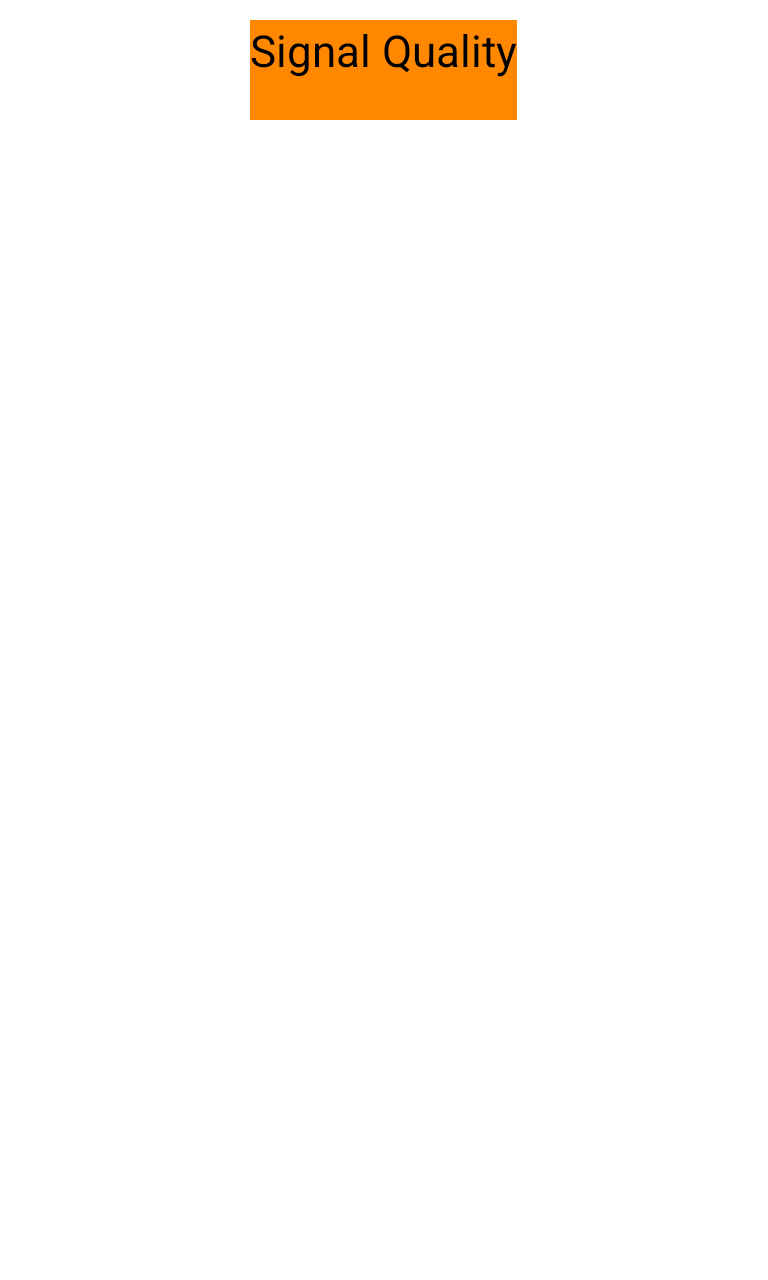
Repository: sbobhate/Android-Applications
Layout: EWBProject/res/layout/fragment2.xml
These files come from the project's save history. The layout is drawn as it stood at one moment and after the next save; the edit follows.
It is drawn on a 768 x 1280 px phone screen (xhdpi) without system bars, with theme AppTheme; the app's code is not run.

Above is the layout before, as saved 2014-02-22 02:28:18.

### EWBProject/res/layout/fragment2.xml
<?xml version="1.0" encoding="utf-8"?>
<RelativeLayout xmlns:android="http://schemas.android.com/apk/res/android"
    android:layout_width="match_parent"
    android:layout_height="match_parent" >

    <TextView
        android:id="@+id/title2"
        android:layout_width="wrap_content"
        android:layout_height="50dp"
        android:text="@string/signal_quality"
        android:textColor="#000000"
        android:textAppearance="?android:attr/textAppearanceLarge"
        android:layout_centerHorizontal="true"
        android:layout_margin="10dp"
        android:background="#FF8800" />

    <TextView
        android:id="@+id/quality"
        android:layout_below="@+id/title2"
        android:layout_width="wrap_content"
        android:layout_height="wrap_content"
        android:textColor="#000000"
        android:textAppearance="?android:attr/textAppearanceLarge"
        android:layout_centerHorizontal="true"
        android:layout_centerVertical="true"
        android:layout_margin="50dp"
        />

</RelativeLayout>

### EWBProject/res/values-v14/styles.xml
<resources>

    <!--
        Base application theme for API 14+. This theme completely replaces
        AppBaseTheme from BOTH res/values/styles.xml and
        res/values-v11/styles.xml on API 14+ devices.
    -->
    <style name="AppBaseTheme" parent="@android:style/Theme.Holo.Light.NoActionBar.Fullscreen">
        <!-- API 14 theme customizations can go here. -->
    </style>

</resources>

### EWBProject/res/values/strings.xml
<?xml version="1.0" encoding="utf-8"?>
<resources>

    <string name="app_name">EWB Project</string>
    <string name="action_settings">Settings</string>
    <string name="hello_world">Hello world!</string>
    <string name="home_header">Home Header</string>
    <string name="instructions">Instructions</string>
    <string name="reader">Reader</string>
    <string name="home_footer">Footer</string>
    <string name="title_activity_about_us">About Us</string>
    <string name="title_activity_instructions">Instructions</string>
    <string name="materials">Materials</string>
    <string name="hello_blank_fragment">Hello blank fragment</string>
    <string name="step1">Step 1</string>
    <string name="step2">Step 2</string>
    <string name="step3">Step 3</string>
    <string name="step1_tutorial">Step 1 Tutorial</string>
    <string name="step2_tutorial">Step 2 Tutorial</string>
    <string name="step3_tutorial">Step 2 Tutorial</string>
    <string name="blueprint">Blueprint</string>
    <string name="title_activity_reader">Reader</string>
    <string name="title_activity_cdma_visual">CdmaVisual</string>
    <string name="signal_quality">Signal Quality</string>
    <string name="cdma_title">What is CDMA ?</string>
    <string name="description">Code division multiple access (CDMA) is a channel access method used by various radio communication technologies.
CDMA is an example of multiple access, which is where several transmitters can send information simultaneously over a single communication channel. This allows several users to share a band of frequencies (see bandwidth). To permit this to be achieved without undue interference between the users CDMA employs spread-spectrum technology and a special coding scheme (where each transmitter is assigned a code).
CDMA is used as the access method in many mobile phone standards such as cdmaOne, CDMA2000 (the 3G evolution of cdmaOne), and WCDMA (the 3G standard used by GSM carriers), which are often referred to as simply CDMA.</string>

</resources>

Loaded but not shown: EWBProject/res/values/styles.xml (common file); EWBProject/res/values-v11/styles.xml (common file)

After the next save:
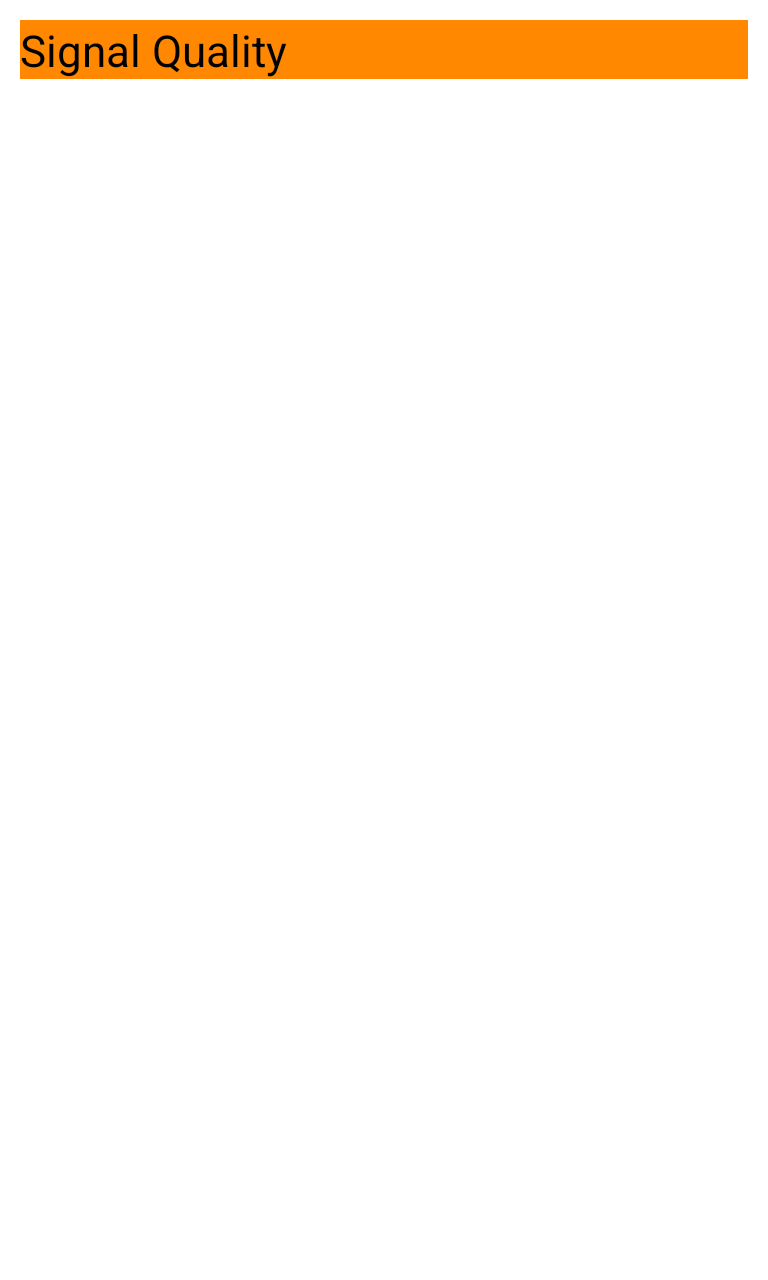
Saved 32 s later.
--- a/EWBProject/res/layout/fragment2.xml
+++ b/EWBProject/res/layout/fragment2.xml
@@ -5,8 +5,8 @@
 
     <TextView
         android:id="@+id/title2"
-        android:layout_width="wrap_content"
-        android:layout_height="50dp"
+        android:layout_width="fill_parent"
+        android:layout_height="wrap_content"
         android:text="@string/signal_quality"
         android:textColor="#000000"
         android:textAppearance="?android:attr/textAppearanceLarge"
